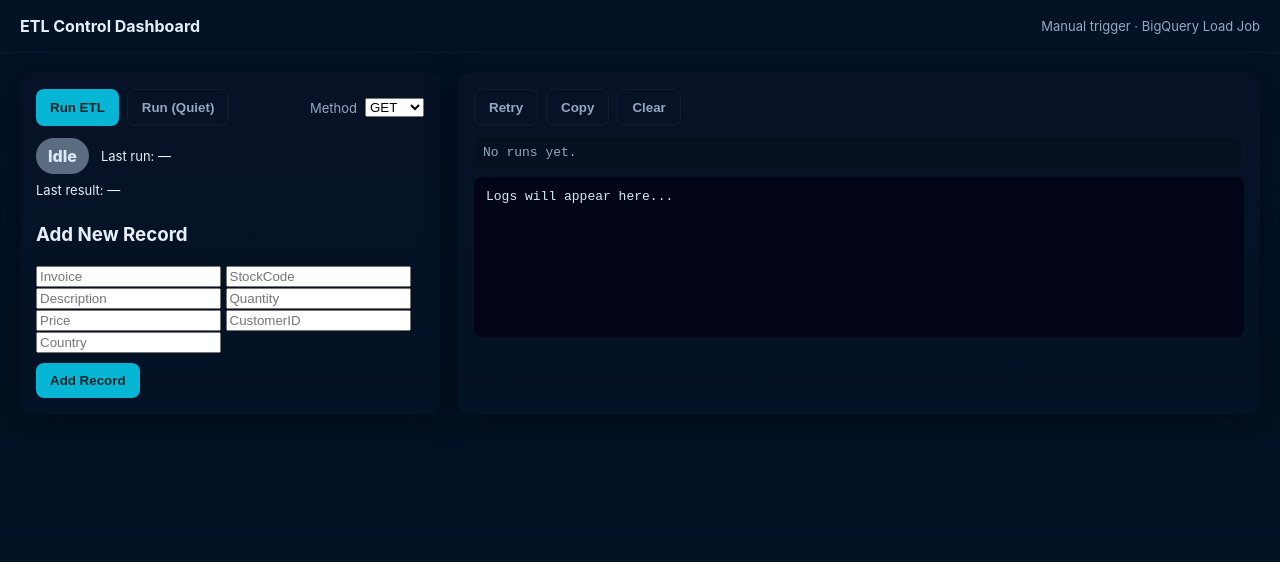
Repository: kbruhadesh/etl_files
Page: public/index.html
These files come from the project's save history. The page is drawn as it stood at one moment and after the next save; the edit follows.
The browser window is 1280 px wide. The pictures show the whole page.

Above is the page before, as saved 2025-11-27 03:45:48.

After the next save:
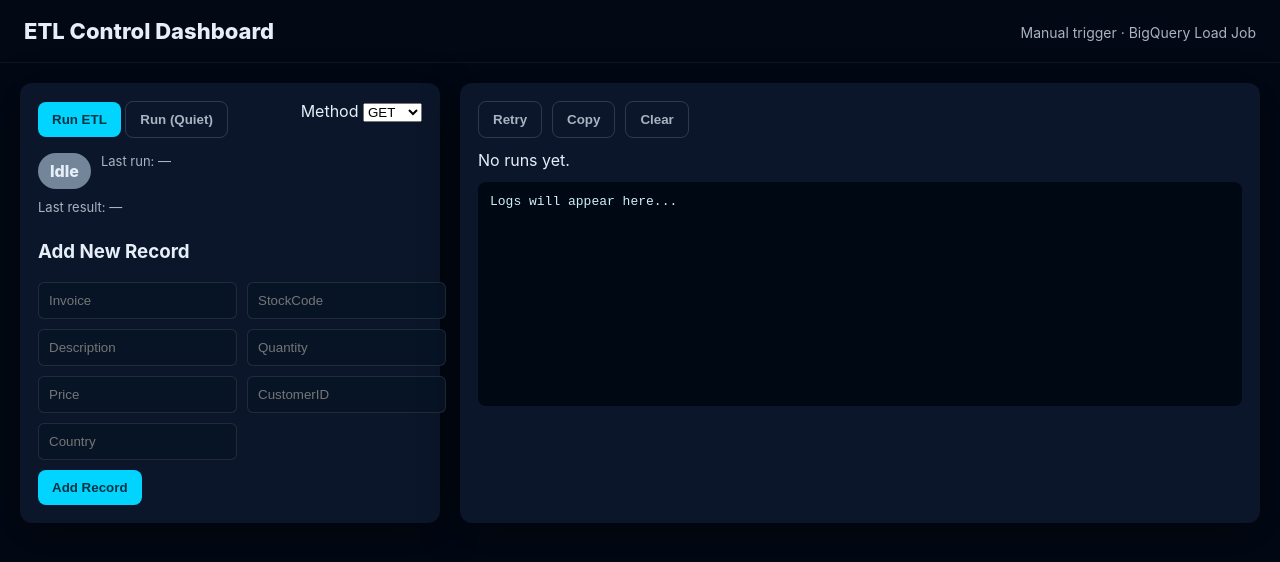
Saved 31 s later.
--- a/public/style.css
+++ b/public/style.css
@@ -1,31 +1,123 @@
 :root{
-  --bg:#071022; --card:#081226; --muted:#94a8bf; --accent:#06b6d4;
-  --ok:#0c934f; --fail:#aa2230; --wait:#5b6b80;
-  font-family: Inter, system-ui, -apple-system, "Segoe UI", Roboto, Arial;
+  --bg:#040b1a; --card:#0b162a; --muted:#a9b3c1;
+  --accent:#00d4ff;
+  --ok:#0fa36b; --fail:#cc2e43; --wait:#738599;
+  font-family: Inter, system-ui, -apple-system, Roboto, Arial;
 }
-*{box-sizing:border-box}
-body{margin:0;background:linear-gradient(180deg,#041225 0,#031322 100%);color:#e6eef8}
-.topbar{padding:16px 20px;border-bottom:1px solid rgba(255,255,255,0.03);display:flex;justify-content:space-between;align-items:center}
-.title{font-weight:700}
-.meta{font-size:13px;color:var(--muted)}
-.container{display:grid;grid-template-columns:420px 1fr;gap:18px;padding:20px}
-.panel{background:linear-gradient(180deg,var(--card),#031224);border-radius:10px;padding:16px;box-shadow:0 8px 30px rgba(2,6,23,0.6)}
-.controls{display:flex;justify-content:space-between;align-items:center;gap:12px;margin-bottom:12px}
-.btn{padding:10px 14px;border-radius:8px;border:0;cursor:pointer;font-weight:700}
-.btn.primary{background:var(--accent);color:#012529}
-.btn.ghost{background:transparent;border:1px solid rgba(255,255,255,0.05);color:var(--muted)}
-.left{display:flex;gap:8px}
-.right{display:flex;gap:8px;align-items:center}
-.small{font-size:13px;color:var(--muted)}
-.status-row{display:flex;align-items:center;gap:12px;margin:8px 0}
-.status{padding:8px 12px;border-radius:999px;font-weight:800}
-.status-wait{background:var(--wait);color:#dbeaf8}
-.status-ok{background:var(--ok);color:#e7fbef}
-.status-fail{background:var(--fail);color:#ffdce0}
-.status-info{font-size:13px}
-.log-actions{display:flex;gap:8px;margin-bottom:10px}
-.history{max-height:240px;overflow:auto;border-radius:8px;background:#051021;padding:8px;border:1px solid rgba(255,255,255,0.02);font-family:monospace;margin-bottom:8px}
-.history .item{padding:8px;border-bottom:1px solid rgba(255,255,255,0.02);display:flex;justify-content:space-between;gap:8px;align-items:center}
-.logbox{background:#010517;padding:12px;border-radius:8px;min-height:160px;overflow:auto;color:#cfeff6;font-family:monospace;font-size:13px}
-.footer{padding:12px 20px;color:var(--muted);font-size:13px}
-.muted{color:var(--muted);font-size:13px}
+
+body{
+  margin:0;
+  background:#020814;
+  color:#e6eef8;
+}
+
+.topbar{
+  padding:18px 24px;
+  font-size:22px;
+  display:flex;
+  justify-content:space-between;
+  border-bottom:1px solid rgba(255,255,255,0.06);
+}
+.title{font-weight:800}
+.meta{color:var(--muted);font-size:14px;margin-top:6px}
+
+.container{
+  display:grid;
+  grid-template-columns:420px 1fr;
+  padding:20px;
+  gap:20px;
+}
+
+.panel{
+  background:var(--card);
+  border-radius:12px;
+  padding:18px;
+  box-shadow:0 10px 40px rgba(0,0,0,0.45);
+}
+
+.controls{
+  display:flex;
+  justify-content:space-between;
+  margin-bottom:15px;
+}
+
+.btn{
+  padding:10px 14px;
+  border-radius:8px;
+  border:none;
+  cursor:pointer;
+  font-weight:700;
+}
+
+.btn.primary{
+  background:var(--accent);
+  color:#003344;
+}
+
+.btn.ghost{
+  background:transparent;
+  border:1px solid rgba(255,255,255,0.15);
+  color:var(--muted);
+}
+
+.status-row{
+  display:flex;
+  gap:10px;
+  margin:10px 0;
+}
+
+.status{
+  padding:8px 12px;
+  border-radius:999px;
+  font-weight:800;
+}
+
+.status-wait{background:var(--wait);}
+.status-ok{background:var(--ok);}
+.status-fail{background:var(--fail);}
+
+.status-info{font-size:13px;color:var(--muted)}
+
+.form-grid{
+  display:grid;
+  grid-template-columns:1fr 1fr;
+  gap:10px;
+  margin-top:10px;
+}
+
+input{
+  padding:10px;
+  border-radius:6px;
+  border:1px solid rgba(255,255,255,0.1);
+  background:#071426;
+  color:#d2e7ff;
+}
+
+.log-actions{display:flex; gap:10px; margin-bottom:12px}
+.history{max-height:200px; overflow:auto; margin-bottom:12px}
+.logbox{
+  background:#000814;
+  padding:12px;
+  border-radius:8px;
+  font-family:monospace;
+  font-size:13px;
+  height:200px;
+  overflow:auto;
+  color:#cfeff6;
+}
+
+/* Toast */
+.toast{
+  background:#0fa36b;
+  color:#fff;
+  padding:10px 16px;
+  position:fixed;
+  bottom:20px;
+  left:50%;
+  transform:translateX(-50%);
+  border-radius:6px;
+  font-weight:700;
+  opacity:0;
+  transition:0.3s;
+}
+.toast.show{opacity:1}
